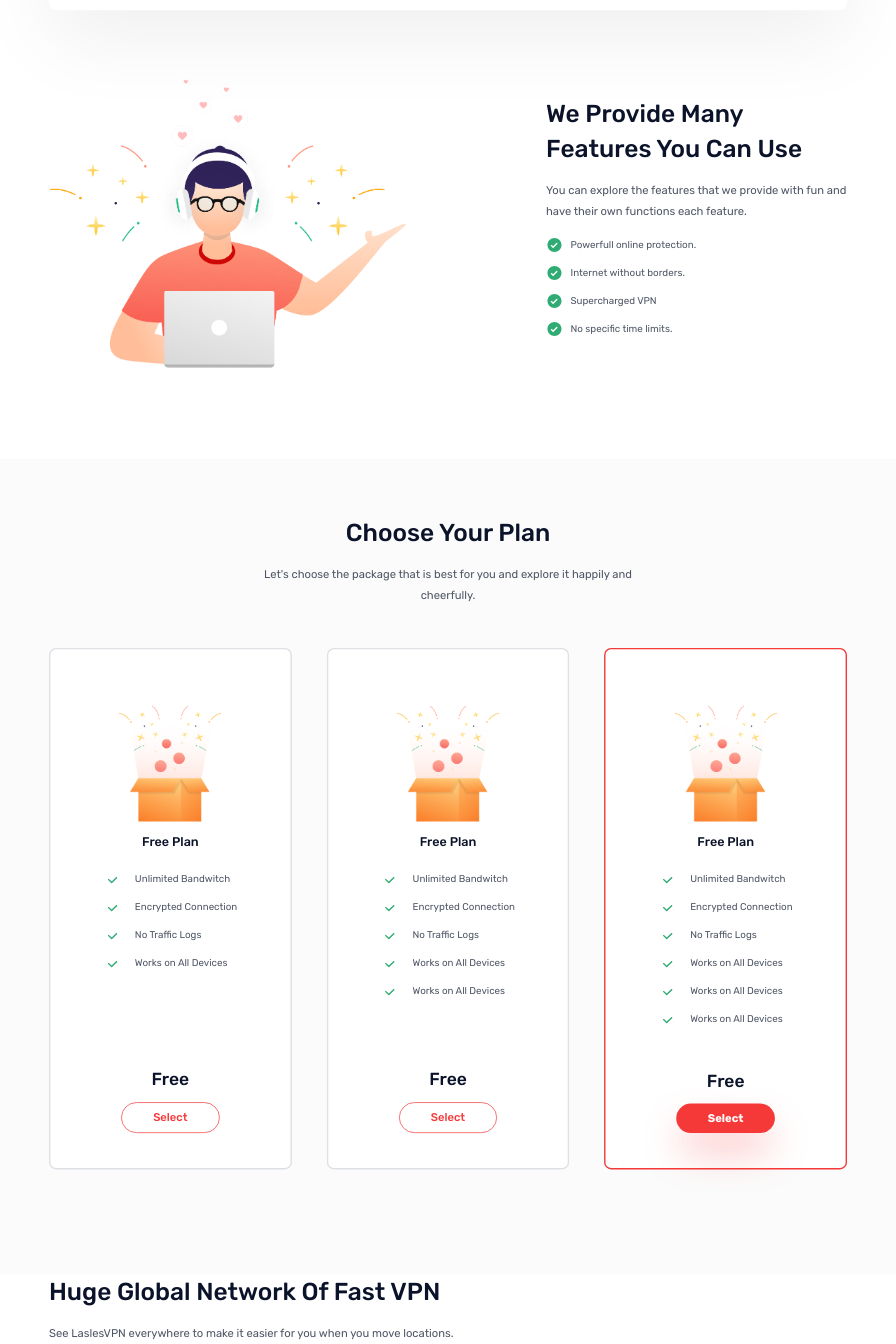
Repository: kebinh1235/lasles-demo
Page: index.html
The author's editor kept a copy of each file at every save. The page is drawn from the files as they stood at one save, then again after the next save.
The browser window is 1280 px wide. The pictures show the part of the page from y = 782 to 2702 px (the page is 2702 px tall), at 70% of full size.
The style sheet was rebuilt from its Sass, Less or Tailwind sources for each picture, by a compiler version that may differ from the author's.

Above is the page before, as saved 2021-11-04 13:40:14.

After the next save:
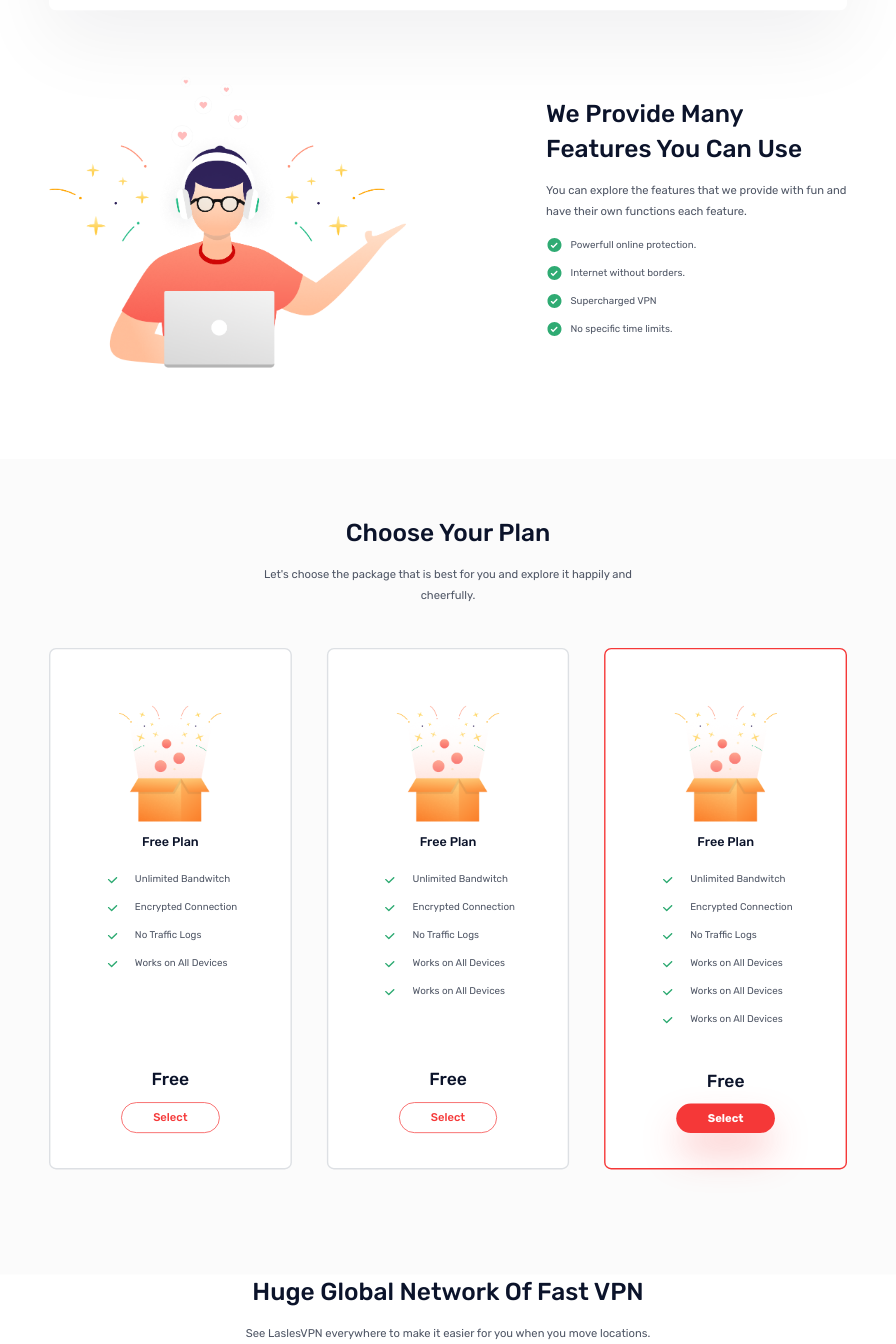
Saved 23 s later.
--- a/sass/_location.scss
+++ b/sass/_location.scss
@@ -2,4 +2,7 @@
     &__container {
 
     }
+    &__header {
+        text-align: center;
+    }
 }
